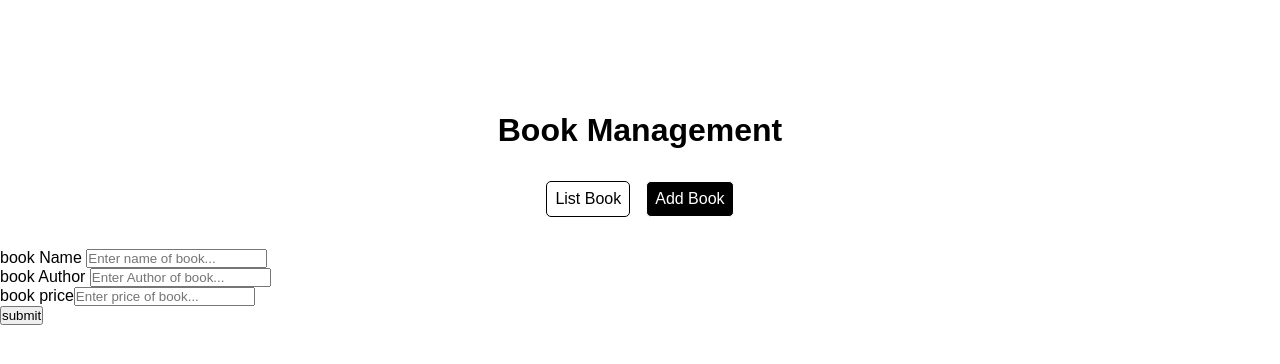
Repository: wakoya-tech/e-library-app1
Page: /add
These files come from the project's save history. The page is drawn as it stood at one moment and after the next save; the edit follows.
The browser window is 1280 px wide. The pictures show the whole page.
The project was rebuilt for these pictures with package versions that can differ from the ones it lists, and the page was loaded fresh each time. Also part of the build but not shown: vite.config.js, src/components/ListBook.jsx.

Above is the page before, as saved 2025-10-11 23:02:47.

After the next save:
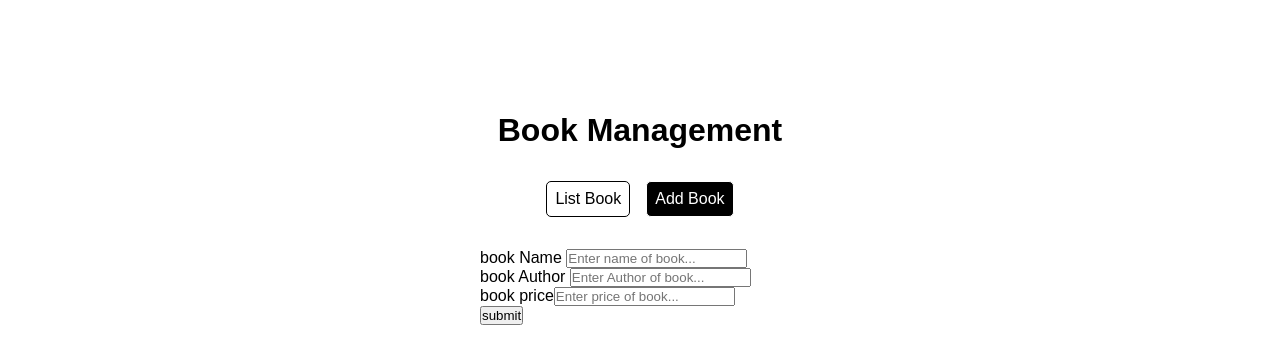
Saved 38 s later.
--- a/src/App.css
+++ b/src/App.css
@@ -34,4 +34,5 @@ header nav > .active{
 }
 .form{
   margin: 2rem auto;
+  max-width: 20rem;
 }
